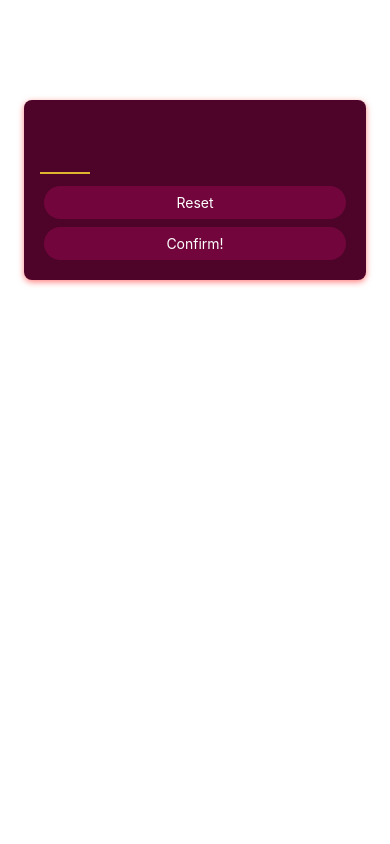
Repository: SyLe-Van/Number-Guessing-Game
Screen: /
An editor plug-in stored every save of this project. The screen is shown before and after the next save, followed by the edit.
The app was drawn by React Native's web renderer in a window 390 px wide. The project was rebuilt for these pictures with package versions that can differ from the ones it lists, and the page was loaded fresh each time.

Above is the screen before, as saved 2024-02-02 09:09:35.

After the next save:
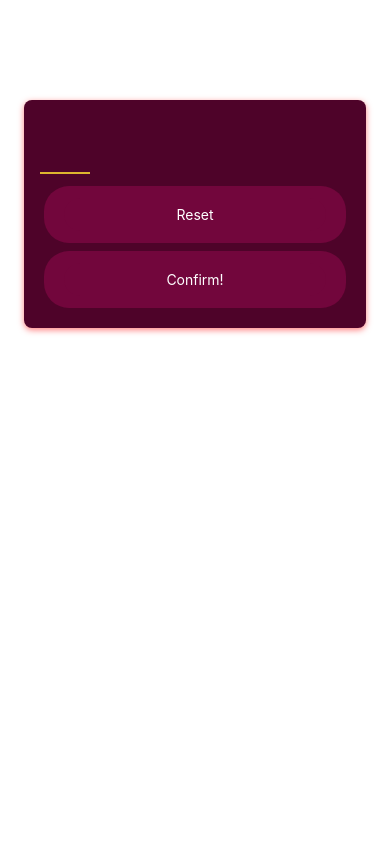
Saved 7 min 24 s later.
--- a/components/PrimaryButton.js
+++ b/components/PrimaryButton.js
@@ -6,7 +6,14 @@ function PrimaryButton({ children }) {
   }
   return (
     <View style={styles.buttonContainer}>
-      <Pressable onPress={pressHandler}>
+      <Pressable
+        onPress={pressHandler}
+        style={({ pressed }) =>
+          pressed
+            ? [styles.buttonContainer, styles.pressed]
+            : styles.buttonContainer
+        }
+      >
         <Text style={styles.buttonText}>{children}</Text>
       </Pressable>
     </View>
